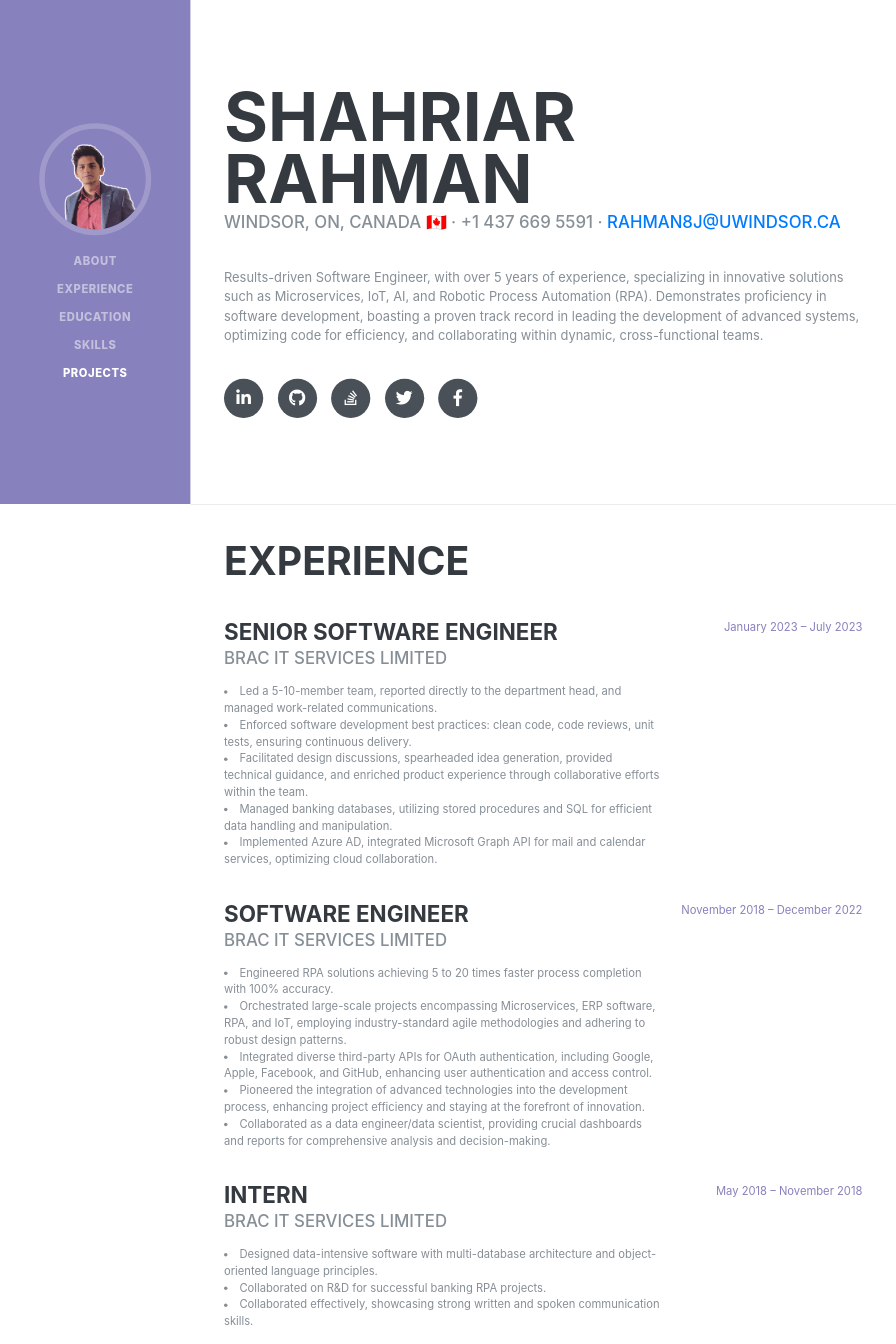
Repository: xahin96/xahin96.github.io
Page: index.html
The author's editor kept a copy of each file at every save. The page is drawn from the files as they stood at one save, then again after the next save.
The browser window is 1280 px wide. The pictures show the part of the page from y = 0 to 1920 px (the page is 5317 px tall before and 5323 px after), at 70% of full size.
Some web fonts or font styles are not loaded; a fallback is used.

Above is the page before, as saved 2024-04-27 12:20:49.

### index.html
<!DOCTYPE html>
<html lang="en">

<head>

  <meta charset="utf-8">
  <meta name="viewport" content="width=device-width, initial-scale=1, shrink-to-fit=no">
  <meta name="description" content="">
  <meta name="author" content="">

  <title>Shahriar Rahman</title>
  <link rel="icon" type="image/x-icon" href="img/profile.png">


  <!-- Bootstrap core CSS -->
  <link href="vendor/bootstrap/css/bootstrap.min.css" rel="stylesheet">

  <!-- Custom fonts for this template -->
  <link href="https://fonts.googleapis.com/css?family=Saira+Extra+Condensed:500,700" rel="stylesheet">
  <link href="https://fonts.googleapis.com/css?family=Muli:400,400i,800,800i" rel="stylesheet">
  <link href="vendor/fontawesome-free/css/all.min.css" rel="stylesheet">

  <!-- Custom styles for this template -->
  <link href="css/resume.min.css" rel="stylesheet">

</head>

<body id="page-top">

  <nav class="navbar navbar-expand-lg navbar-dark bg-primary fixed-top" id="sideNav">
    <a class="navbar-brand js-scroll-trigger" href="#page-top">
      <span class="d-block d-lg-none">Shahriar Rahman</span>
      <span class="d-none d-lg-block">
        <img class="img-fluid img-profile rounded-circle mx-auto mb-2" src="img/profile.png" alt="">
      </span>
    </a>
    <button class="navbar-toggler" type="button" data-toggle="collapse" data-target="#navbarSupportedContent" aria-controls="navbarSupportedContent" aria-expanded="false" aria-label="Toggle navigation">
      <span class="navbar-toggler-icon"></span>
    </button>
    <div class="collapse navbar-collapse" id="navbarSupportedContent">
      <ul class="navbar-nav">
        <li class="nav-item">
          <a class="nav-link js-scroll-trigger" href="#about">About</a>
        </li>
        <li class="nav-item">
          <a class="nav-link js-scroll-trigger" href="#experience">Experience</a>
        </li>
        <li class="nav-item">
          <a class="nav-link js-scroll-trigger" href="#education">Education</a>
        </li>
        <li class="nav-item">
          <a class="nav-link js-scroll-trigger" href="#skills">Skills</a>
        </li>
        <li class="nav-item">
          <a class="nav-link js-scroll-trigger" href="#projects">Projects</a>
        </li>
        <!-- <li class="nav-item">
          <a class="nav-link js-scroll-trigger" href="#interests">Interests</a>
        </li> -->
       <!--  <li class="nav-item">
          <a class="nav-link js-scroll-trigger" href="#awards">Achievements</a>
        </li> -->
      </ul>
    </div>
  </nav>

  <div class="container-fluid p-0">

    <section class="resume-section p-3 p-lg-5 d-flex align-items-center" id="about">
      <div class="w-100">
        <h1 class="mb-0">Shahriar
          <span class="mb-0">Rahman</span>
        </h1>
        <div class="subheading mb-5">Windsor, ON, Canada 🇨🇦 · +1 437 669 5591 ·
          <a href="mailto:shahriar.rahmanzahin@gmail.com">rahman8j@uwindsor.ca</a>
        </div>
        <p class="lead mb-5">Results-driven Software Engineer, with over 5 years of experience, specializing in innovative solutions such as Microservices, IoT, AI, and Robotic Process Automation (RPA). Demonstrates proficiency in software development, boasting a proven track record in leading the development of advanced systems, optimizing code for efficiency, and collaborating within dynamic, cross-functional teams.</p>
        <div class="social-icons">
          <a href="https://www.linkedin.com/in/shahriar-rahman-zahin">
            <i class="fab fa-linkedin-in"></i>
          </a>
          <a href="https://github.com/xahin96">
            <i class="fab fa-github"></i>
          </a>
          <a href="https://stackoverflow.com/users/5947007/shahriar-rahman-zahin">
            <i class="fab fa-stack-overflow"></i>
          </a>
          <a href="https://twitter.com/xahin96">
            <i class="fab fa-twitter"></i>
          </a>
          <a href="https://www.facebook.com/shahriar.xahin">
            <i class="fab fa-facebook-f"></i>
          </a>
        </div>
      </div>
    </section>

    <hr class="m-0">

    <section class="resume-section p-3 p-lg-5 d-flex justify-content-center" id="experience">
      <div class="w-100">
        <h2 class="mb-5">Experience</h2>

        <div class="resume-item d-flex flex-column flex-md-row justify-content-between mb-5">
          <div class="resume-content">
            <h3 class="mb-0">Senior Software Engineer</h3>
            <div class="subheading mb-3">BRAC IT Services Limited</div>
            <li>Led a 5-10-member team, reported directly to the department head, and managed work-related communications.</li>
            <li>Enforced software development best practices: clean code, code reviews, unit tests, ensuring continuous delivery.</li>
            <li>Facilitated design discussions, spearheaded idea generation, provided technical guidance, and enriched product experience through collaborative efforts within the team.</li>
            <li>Managed banking databases, utilizing stored procedures and SQL for efficient data handling and manipulation.</li>
            <li>Implemented Azure AD, integrated Microsoft Graph API for mail and calendar services, optimizing cloud collaboration.</li>
          </div>
          <div class="resume-date text-md-right">
            <span class="text-primary">January 2023 – July 2023</span>
          </div>
        </div>

        <div class="resume-item d-flex flex-column flex-md-row justify-content-between mb-5">
          <div class="resume-content">
            <h3 class="mb-0">Software Engineer</h3>
            <div class="subheading mb-3">BRAC IT Services Limited</div>
            <li>Engineered RPA solutions achieving 5 to 20 times faster process completion with 100% accuracy.</li>
            <li>Orchestrated large-scale projects encompassing Microservices, ERP software, RPA, and IoT, employing industry-standard agile methodologies and adhering to robust design patterns.</li>
            <li>Integrated diverse third-party APIs for OAuth authentication, including Google, Apple, Facebook, and GitHub, enhancing user authentication and access control.</li>
            <li>Pioneered the integration of advanced technologies into the development process, enhancing project efficiency and staying at the forefront of innovation.</li>
            <li>Collaborated as a data engineer/data scientist, providing crucial dashboards and reports for comprehensive analysis and decision-making.</li>
          </div>
          <div class="resume-date text-md-right">
            <span class="text-primary">November 2018 – December 2022</span>
          </div>
        </div>

        <div class="resume-item d-flex flex-column flex-md-row justify-content-between mb-5">
          <div class="resume-content">
            <h3 class="mb-0">Intern</h3>
            <div class="subheading mb-3">BRAC IT Services Limited</div>
            <li>Designed data-intensive software with multi-database architecture and object-oriented language principles.</li>
            <li>Collaborated on R&D for successful banking RPA projects.</li>
            <li>Collaborated effectively, showcasing strong written and spoken communication skills.
            </li>
          </div>
          <div class="resume-date text-md-right">
            <span class="text-primary">May 2018 – November 2018</span>
          </div>
        </div>

      </div>
    </section>

    <hr class="m-0">

    <section class="resume-section p-3 p-lg-5 d-flex align-items-center" id="education">
      <div class="w-100">
        <h2 class="mb-5">Education</h2>

        <div class="resume-item d-flex flex-column flex-md-row justify-content-between mb-3">
          <div class="resume-content">
            <h3 class="mb-0">University of Windsor</h3>
            <div class="subheading mb-2">M.Sc.</div>
            <div>Master of Applied Computing</div>
          </div>
          <div class="resume-date text-md-right">
            <span class="text-primary">September 2023 - December 2024</span>
          </div>
        </div>

        <!-- <div class="resume-item d-flex flex-column flex-md-row justify-content-between mb-3">
          <div class="resume-content">
            <h3 class="mb-0">Jahangirnagar University Bangladesh</h3>
            <div class="subheading mb-2"> M.Sc.</div>
            <div>Computer Science and Engineering</div>
            <p>CGPA: 3.88/4.00</p>
          </div>
          <div class="resume-date text-md-right">
            <span class="text-primary">January 2015 - December 2018</span>
          </div>
        </div> -->

        <div class="resume-item d-flex flex-column flex-md-row justify-content-between mb-3">
          <div class="resume-content">
            <h3 class="mb-0">American International University Bangladesh</h3>
            <div class="subheading mb-2">B.Sc.</div>
            <div>Computer Science and Engineering</div>
            <p>CGPA: 3.88/4.00</p>
          </div>
          <div class="resume-date text-md-right">
            <span class="text-primary">January 2015 - December 2018</span>
          </div>
        </div>

        <!-- <div class="resume-item d-flex flex-column flex-md-row justify-content-between mb-3">
          <div class="resume-content">
            <h3 class="mb-0">Dhaka Imperial College, Bangladesh</h3>
            <div class="subheading mb-2">Higher Secondary School Certificate</div>
            <p>GPA: 5.00/5.00</p>
          </div>
          <div class="resume-date text-md-right">
            <span class="text-primary">April 2012 - April 2014</span>
          </div>
        </div> -->

        <!-- <div class="resume-item d-flex flex-column flex-md-row justify-content-between">
          <div class="resume-content">
            <h3 class="mb-0">Bangladesh International School & College Riyadh, Saudi Arabia</h3>
            <div class="subheading mb-2">Secondary School Certificate</div>
            <p>GPA: 4.88/5.00</p>
          </div>
          <div class="resume-date text-md-right">
            <span class="text-primary">January 2007 - April 2012</span>
          </div>
        </div> -->

      </div>
    </section>

    <hr class="m-0">

    <section class="resume-section p-3 p-lg-5 d-flex align-items-center" id="skills">
      <div class="w-100">
        <h2 class="mb-5">Skills</h2>

        <div class="subheading mb-3">Programming Languages &amp; Tools</div>
        <ul class="list-inline dev-icons">
          <li class="list-inline-item">
            <h3>Python</h3>
          </li>
          <li class="list-inline-item">
            <h3>Django</h3>
          </li>
          <li class="list-inline-item">
            <h3>Django REST Framework</h3>
          </li>
          <li class="list-inline-item">
            <h3>ASP.NET</h3>
          </li>
          <li class="list-inline-item">
            <h3>ASP.NET Core</h3>
          </li>
          <li class="list-inline-item">
            <h3>React</h3>
          </li>
          <li class="list-inline-item">
            <h3>Angular</h3>
          </li>
        </ul>

        <br>

        <div class="subheading mb-3">Interests</div>
        <ul class="fa-ul mb-0">
          <li>
            <i class="fa-li fa fa-check"></i>
          Web Development</li>
          <li>
            <i class="fa-li fa fa-check"></i>
          Robotic Process Automation</li>
          <li>
            <i class="fa-li fa fa-check"></i>
          Machine Learning</li>
          <li>
            <i class="fa-li fa fa-check"></i>
          Data Mining</li>
        </ul>
      </div>
    </section>

    <hr class="m-0">

    <section class="resume-section p-3 p-lg-5 d-flex align-items-center project" id="projects">
      <div class="w-100">
        <h2 class="mb-5">Projects</h2>
        <hr>
        <div class="row">
          <div class="col-sm-12 col-md-6 mb-4">
            <div class="card p-3">
              <!-- <img class="mb-4" class="card-img-top" src="https://picsum.photos/id/237/200/300" alt="Card image cap"> -->
              <div style="background-color:rgb(255, 255, 255)">
                <h3 class="mb-0">Keeper</h3>
                <p class="lead mb-5">
                    Warranty managemet application for your products. It will help you manage all your product with warraties and smartly reminding you about the expiry date.
                </p>
                <h4>Technology Used</h4>
                <li>Python</li>
                <li>Django</li>
                <li>Django REST Framework</li>
                <div><h5>   &nbsp;</h5>   </div>
                <h5>Product link:</h5> <p><a href="/">Will be available on Play Store and Apple App Store soon</a></p>
              </div>
            </div>
          </div>
          <div class="col-sm-12 col-md-6 mb-4">
            <div class="card p-3">
              <!-- <img class="mb-4" class="card-img-top" src="https://picsum.photos/id/237/200/300" alt="Card image cap"> -->
              <div style="background-color:rgb(255, 255, 255)">
                <h3 class="mb-0">Atwork</h3>
                <p class="lead mb-5">
                    Smart meeting management system for your company. It will help you manage your meetings, schedule them, generate notice or summary along with agenda summary for
                    easier maintenance.
                </p>
                <h4>Technology Used</h4>
                <li>Python</li>
                <li>Django</li>
                <li>Django REST Framework</li>
                <li>Angular</li>
                <li>Typescript</li>
                <div><h5>   &nbsp;</h5>   </div>
                <h5>Product link:</h5> <p><a href="https://www.bracits.com/product/meeting-atwork">https://www.bracits.com/product/meeting-atwork</a></p>
              </div>
            </div>
          </div>
          <div class="col-sm-12 col-md-6 mb-4">
            <div class="card p-3">`
              <!-- <img class="mb-4" class="card-img-top" src="https://picsum.photos/id/237/200/300" alt="Card image cap"> -->
              <div style="background-color:rgb(255, 255, 255)">
                <h3 class="mb-0">Eye Tracker With Blink Detection</h3>
                <p class="lead mb-5">
                    This python application can detect eye of user sitting in front of webcam. Tracking the eye center or Iris the program
                    can detect where the user is looking at on the PC screen as well as when the user is blinking. This project was used in
                    my thesis - Controlling Multimedia Player With Eye Gaze Using Webcam.
                </p>
                <h4>Technology Used</h4>
                <li>Python</li>
                <li>OpenCV</li>
                <div><h5>   &nbsp;</h5>   </div>
                <h5>Publication link:</h5> <p><a href="https://ieeexplore.ieee.org/document/8644103">https://ieeexplore.ieee.org/document/8644103</a></p>
              </div>
            </div>
          </div>
          <div class="col-sm-12 col-md-6 mb-4">
            <div class="card p-3">
              <div style="background-color:rgb(255, 255, 255)">
                <h3 class="mb-0">Credit Card Creation Process Automation</h3>
                <p class="lead mb-5">
                  This automation program automates a full card processing system which requires 3 different applications.
                  It fills up forms of 3 different application and completes a full process 5 times faster than human.
                </p>
                <h4>Technology Used</h4>
                <li>Python</li>
                <li>SQL Server</li>
                <div><h5>   &nbsp;</h5>   </div>
                <h5>Project link:</h5> Confidential banking project.
              </div>
            </div>
          </div>
          <div class="col-sm-12 col-md-6 mb-4">
            <div class="card p-3">
              <div style="background-color:rgb(255, 255, 255)">
                <h3 class="mb-0">Parker</h3>
                <p class="lead mb-5">
                  This application is used for web automation. It is built specially for a website so that any human repetitive task on that website can be automated easily.
                </p>
                <h4>Technology Used</h4>
                <li>ASP.NET MVC</li>
                <li>SQL Server</li>
                <li>ADO.NET</li>
                <li>Bootstrap</li>
                <li>JQuery</li>
                <li>Selenium</li>
                <div><h5>   &nbsp;</h5>   </div>
                <h5>Project link:</h5> Confidential banking project.
            </div>
            </div>
          </div>
          <div class="col-sm-12 col-md-6 mb-4">
            <div class="card p-3">
              <div style="background-color:rgb(255, 255, 255)">
                <h3 class="mb-0">PDF Extractor</h3>
                <p class="lead mb-5">
                  This application is used for extracting data from complex PDF tables and saving them in database for easy data analysis.
                </p>
                <h4>Technology Used</h4>
                <li>Python</li>
                <li>SQL Server</li>
                <div><h5>   &nbsp;</h5>   </div>
                <h5>Project link:</h5> Confidential banking project.
              </div>
            </div>
          </div>
          <!-- <div class="col-sm-12 col-md-6 mb-4">
            <div class="card p-3">
              <div style="background-color:rgb(255, 255, 255)">
                <h3 class="mb-0">Insurance Company Management</h3>
                <p class="lead mb-5">
                  This application is used for managing different tasks of an insurance company. Employees can issue for accident entry and towing
                  car entries etc.
                </p>
                <h4>Technology Used</h4>
                <li>PHP</li>
                <li>Vanilla JS</li>
                <li>Oracle</li>
                <div><h5>   &nbsp;</h5>   </div>
                <h5>Project link:</h5> <p><a href="https://github.com/xahin96/Insurance_Company_management">https://github.com/xahin96/Insurance_Company_management</a></p>
            </div>
            </div>
          </div> -->
          <!-- <div class="col-sm-12 col-md-6 mb-4">
            <div class="card p-3">
            <div style="background-color:rgb(255, 255, 255)">
              <h3 class="mb-0">Urban City Scenario</h3>
              <p class="lead mb-5">
                Simple 2d scenario animation made with OpenGL C++
              </p>
              <h4>Technology Used</h4>
              <li>OpenGL</li>
              <li>C++</li>
              <div><h5>   &nbsp;</h5>   </div>
              <h5>Project link:</h5> <p><a href="https://github.com/xahin96/Urban_city_scenario">https://github.com/xahin96/Urban_city_scenario</a></p>
            </div>
            </div>
          </div> -->
          <!-- <div class="col-sm-12 col-md-6 mb-4">
            <div class="card p-3">
              <div style="background-color:rgb(255, 255, 255)">
                <h3 class="mb-0">Catch The Egg</h3>
                <p class="lead mb-5">
                  Simple fun 2d game. Eggs are falling from sky catch as much as you can.
                </p>
                <h4>Technology Used</h4>
                <li>Java</li>
                <div><h5>   &nbsp;</h5>   </div>
                <h5>Project link:</h5> <p><a href="https://github.com/xahin96/CatcTheEgg">https://github.com/xahin96/CatcTheEgg</a></p>
              </div>
            </div>
          </div> -->
          <!-- <div class="col-sm-12 col-md-6 mb-4">
            <div class="card p-3">
              <div style="background-color:rgb(255, 255, 255)">
                <h3 class="mb-0">Mobile Banking App</h3>
                <p class="lead mb-5">
                  Mobile banking app for using transaction functionality from phone.
                </p>
                <h4>Technology Used</h4>
                <li>C#</li>
                <li>SQL Server</li>
                <div><h5>   &nbsp;</h5>   </div>
                <h5>Project link:</h5> <p><a href="https://github.com/xahin96/MobileBanking">https://github.com/xahin96/MobileBanking</a></p>
              </div>
            </div>
          </div> -->
          <!-- <div class="col-sm-12 col-md-6 mb-4">
            <div class="card p-3">
              <div style="background-color:rgb(255, 255, 255)">
                <h3 class="mb-0">Kine Felun</h3>
                <p class="lead mb-5">
                  Online shopping application where user can add products for selling.
                </p>
                <h4>Technology Used</h4>
                <li>PHP</li>
                <li>Vanilla JS</li>
                <li>Oracle</li>
                <div><h5>   &nbsp;</h5>   </div>
                <h5>Project link:</h5> <p><a href="https://github.com/xahin96/Kine-Felun">https://github.com/xahin96/Kine-Felun</a></p>
              </div>
            </div>
          </div>  -->
      </div>

      </div>
    </section>

            <hr class="m-0">

  </div>

  <!-- Bootstrap core JavaScript -->
  <script src="vendor/jquery/jquery.min.js"></script>
  <script src="vendor/bootstrap/js/bootstrap.bundle.min.js"></script>

  <!-- Plugin JavaScript -->
  <script src="vendor/jquery-easing/jquery.easing.min.js"></script>

  <!-- Custom scripts for this template -->
  <script src="js/resume.min.js"></script>

</body>
</html>

Loaded but not shown: vendor/bootstrap/css/bootstrap.min.css (library); vendor/fontawesome-free/css/all.min.css (library); css/resume.min.css (library); vendor/jquery/jquery.min.js (library); vendor/bootstrap/js/bootstrap.bundle.min.js (library); vendor/jquery-easing/jquery.easing.min.js (common file); js/resume.min.js (common file); css/resume.css (196 lines, source omitted)

After the next save:
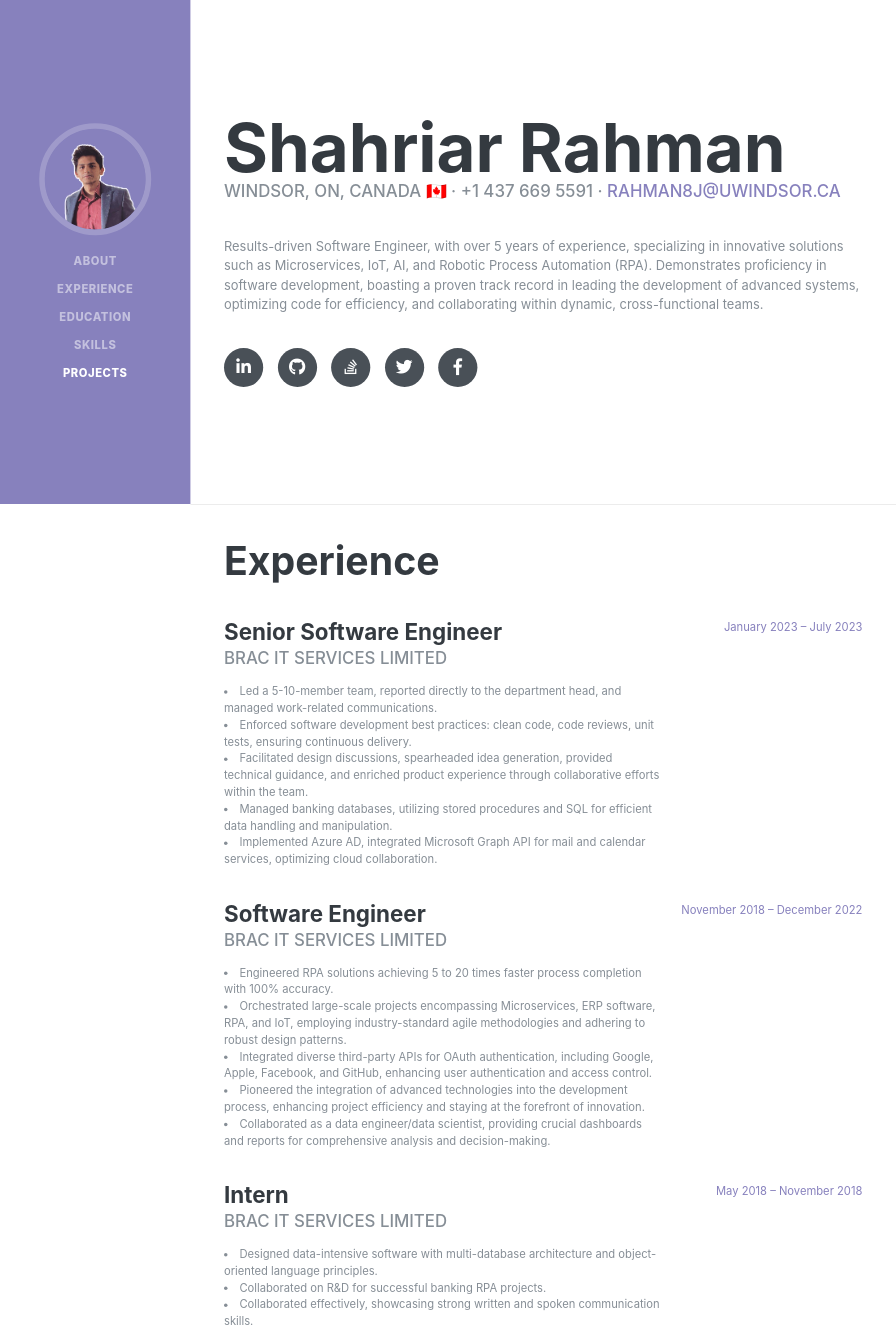
Saved 22 s later.
--- a/index.html
+++ b/index.html
@@ -21,7 +21,7 @@
   <link href="vendor/fontawesome-free/css/all.min.css" rel="stylesheet">
 
   <!-- Custom styles for this template -->
-  <link href="css/resume.min.css" rel="stylesheet">
+  <link href="css/resume.css" rel="stylesheet">
 
 </head>
 
